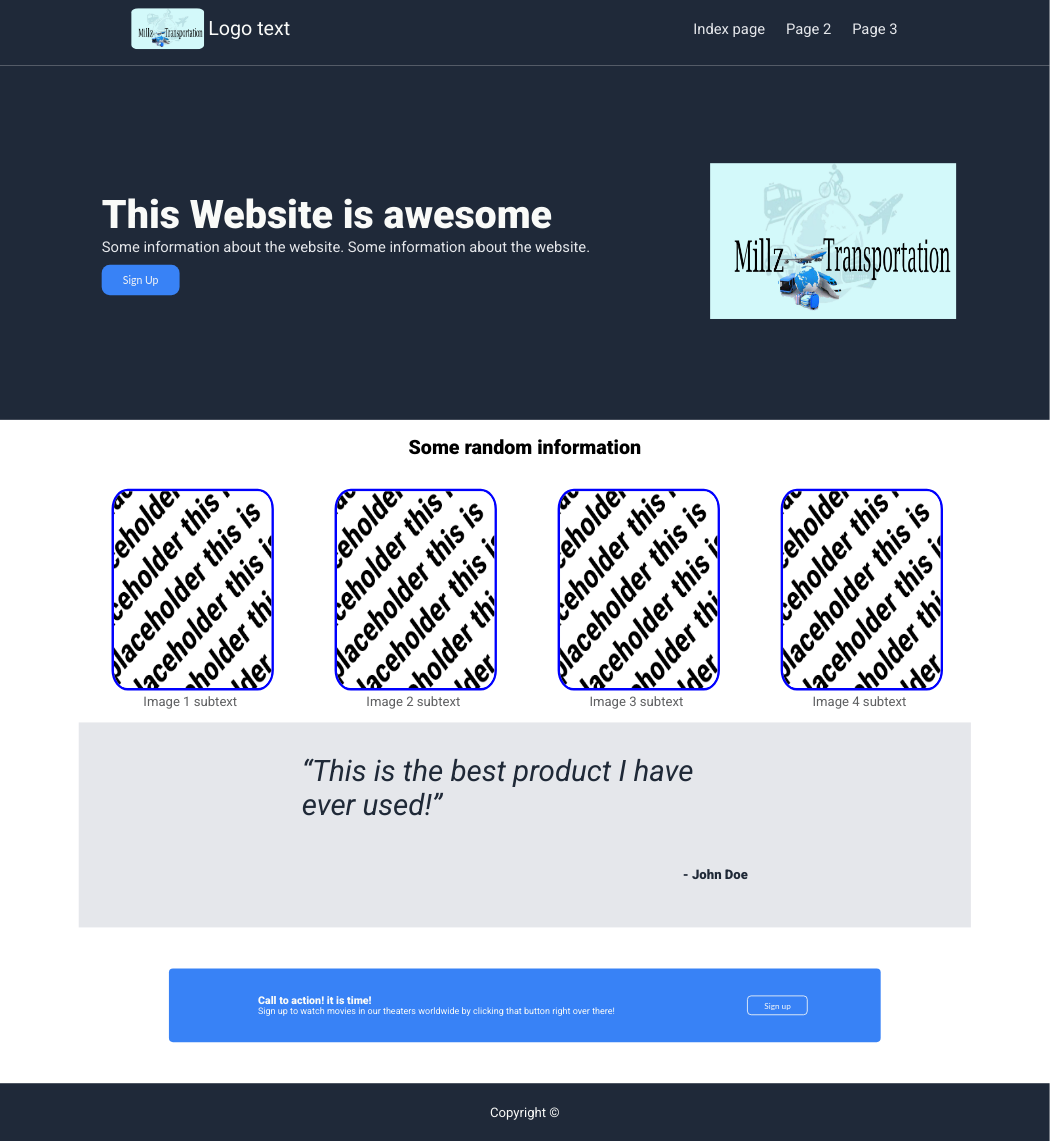
Repository: MikkyPrestige/css-assignment
Page: index.html
An editor plug-in stored every save of this project. The page is shown before and after a run of saves, followed by the edit.
The browser window is 1280 px wide. The pictures show the whole page, at 82% of full size.

Above is the page before, as saved 2023-04-27 03:13:35.

After the next 2 saves:
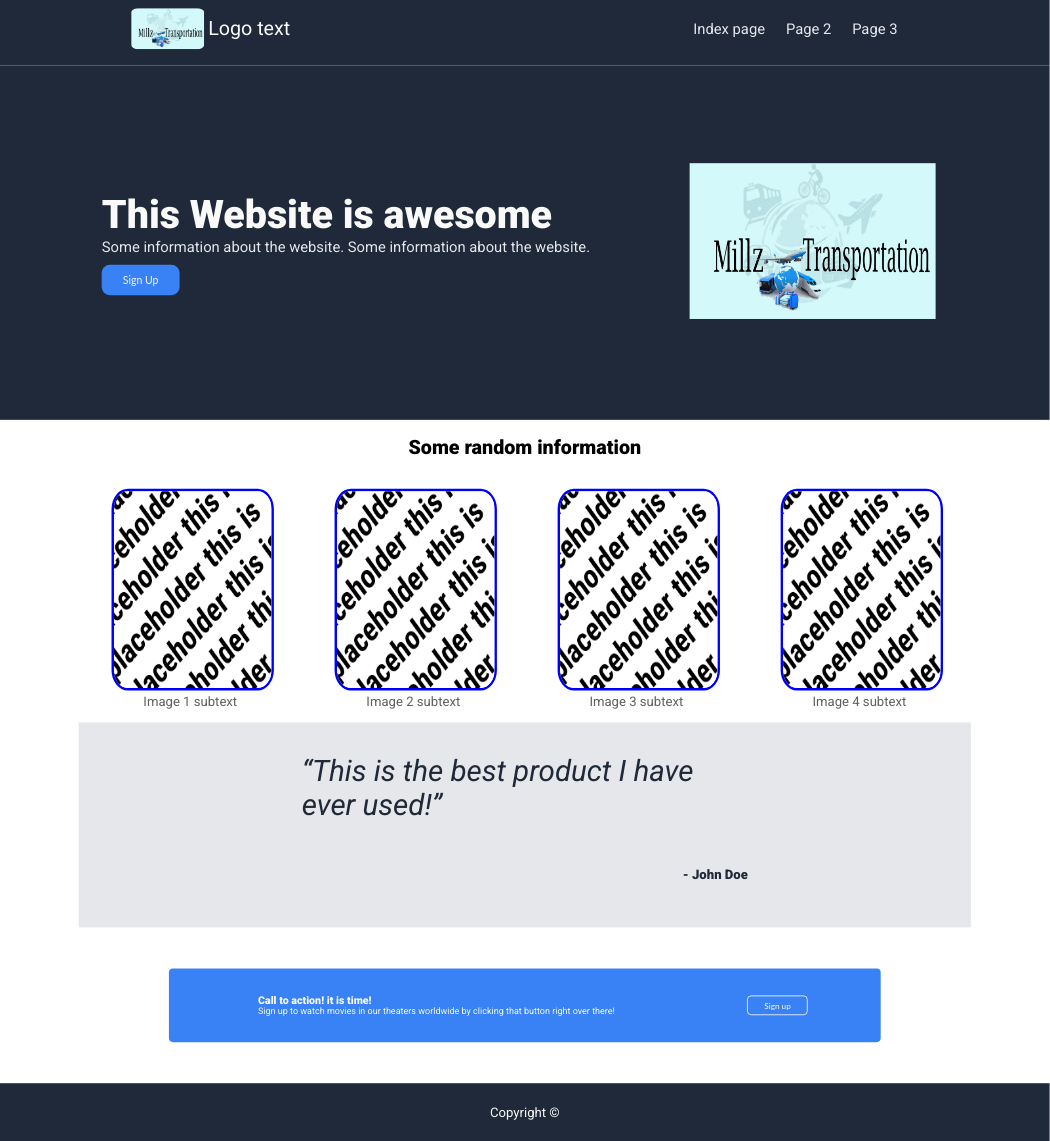
The 2 saves are shown as one change because they came seconds apart.
The last was saved 15 s later.
--- a/styles/index.css
+++ b/styles/index.css
@@ -106,8 +106,7 @@
 }
 
 .Header_content {
-	width: 50%;
-	padding: 2%;
+	flex-basis: 50%;
 }
 
 .Header_title {
